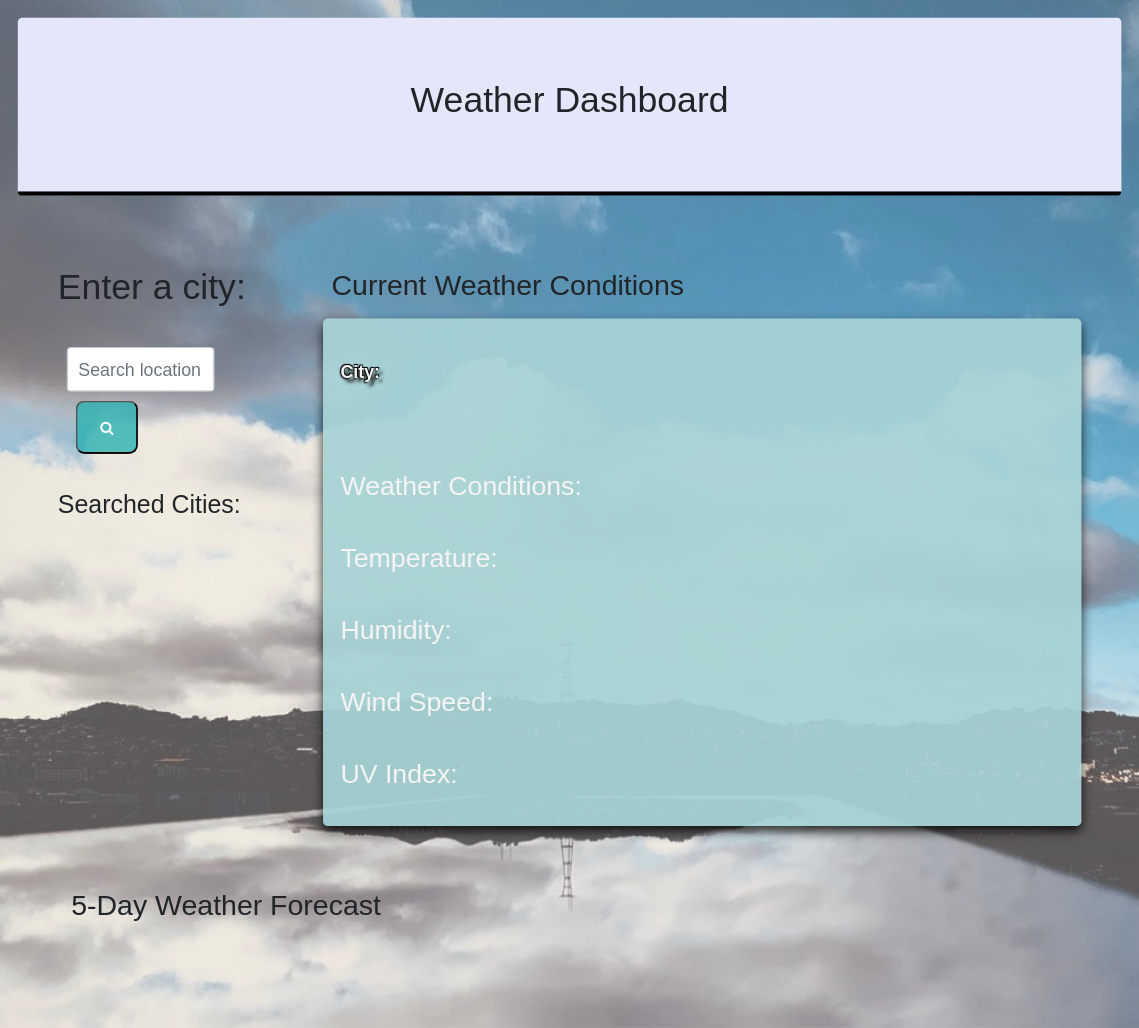
Repository: nsc9605/WeatherDashboard_API
Page: index.html
The author's editor kept a copy of each file at every save. The page is drawn from the files as they stood at one save, then again after the next save.
The browser window is 1280 px wide. The pictures show the whole page, at 89% of full size.
Backgrounds fixed to the window are drawn as part of the page. Some web fonts or font styles are not loaded; a fallback is used. Some web libraries are served in a nearby version.

Above is the page before, as saved 2021-04-07 11:34:57.

After the next save:
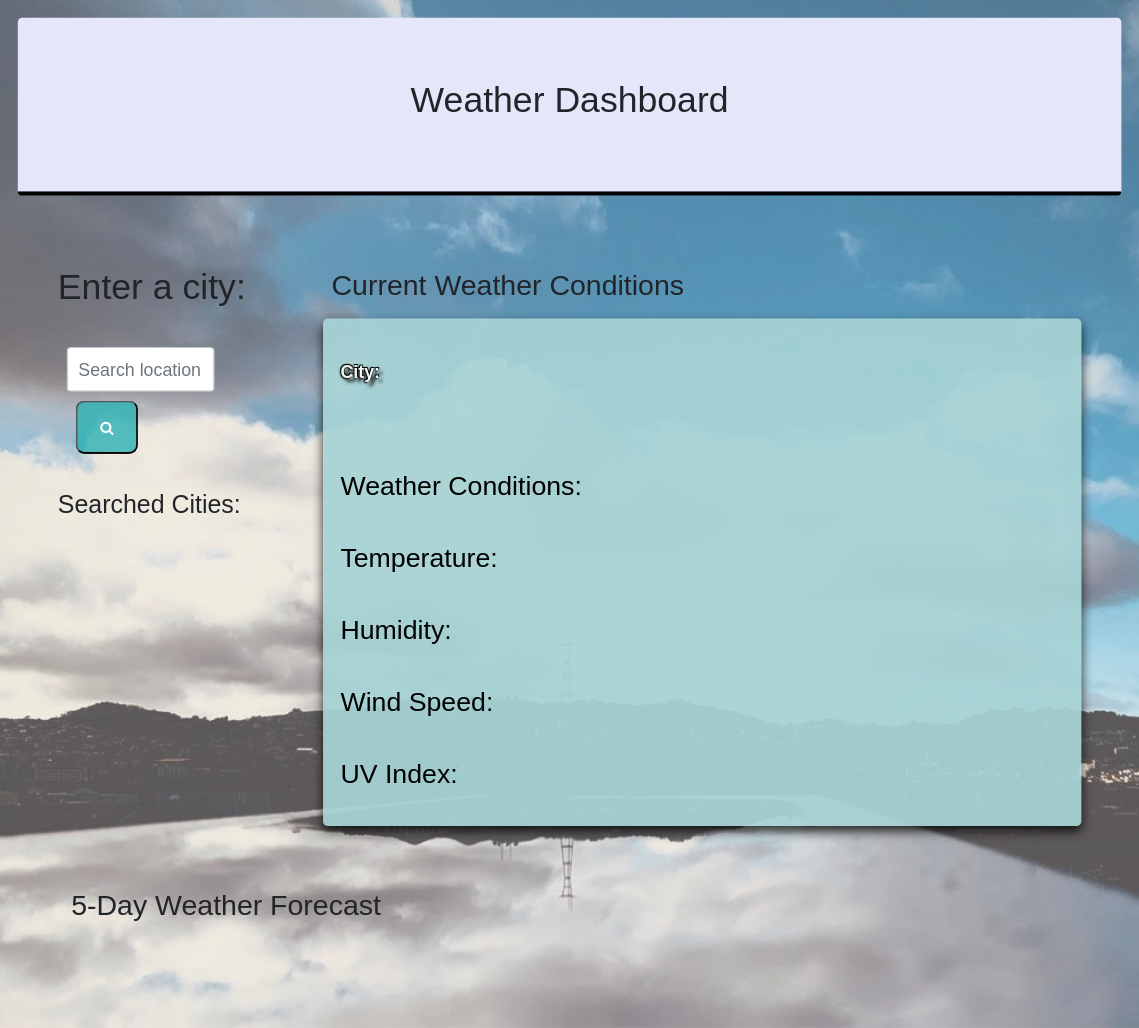
Saved 115 s later.
--- a/assets/style.css
+++ b/assets/style.css
@@ -77,6 +77,9 @@ h5 {
     height: 50vh;
 }
 
+p {
+    color: black;
+}
 
 .searchBox {
     font-size: 20px;
